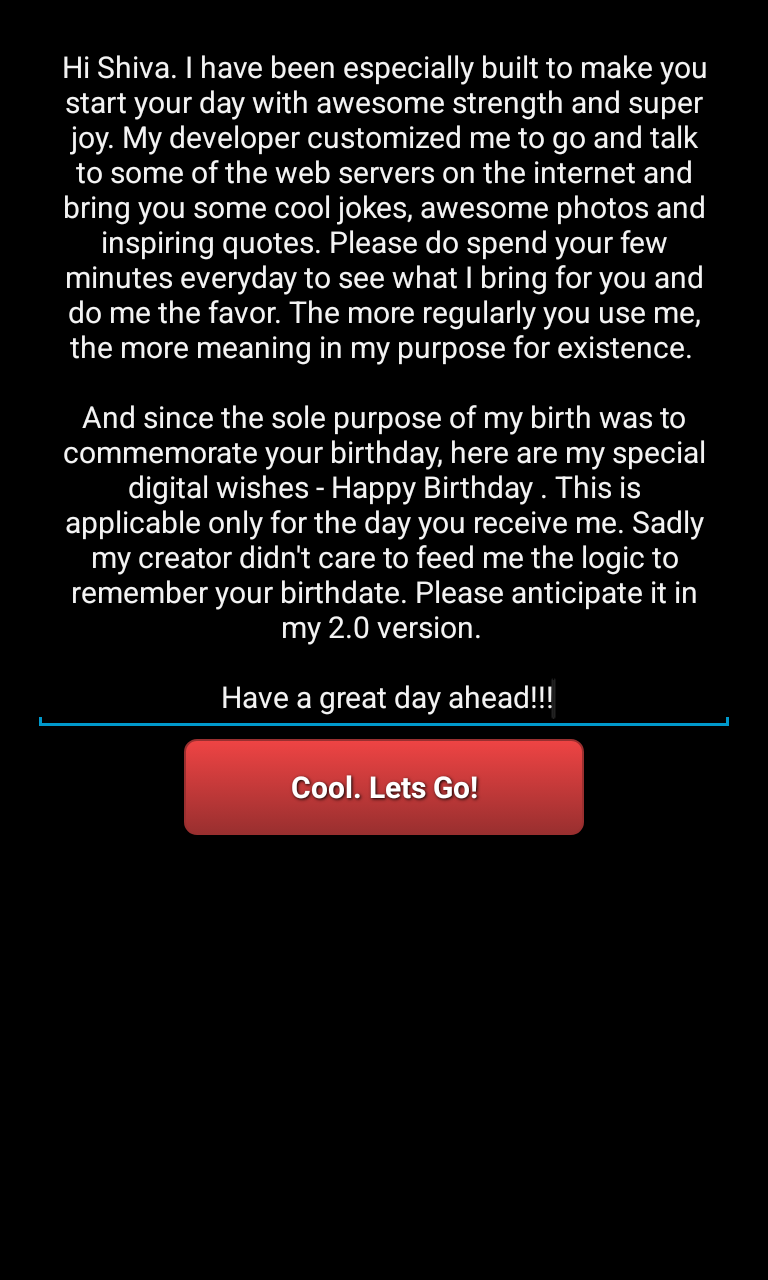
Repository: gitvas/FewMinutesEveryday
Layout: WorkspaceOne/FewMinutesEveryday/res/layout/activity_start.xml
An editor plug-in stored every save of this project. The layout is shown before and after the next save, followed by the edit.
It is drawn on a 768 x 1280 px phone screen (xhdpi) without system bars, with theme android:Theme.Holo; the app's code is not run.

Above is the layout before, as saved 2014-08-24 06:07:06.

### WorkspaceOne/FewMinutesEveryday/res/layout/activity_start.xml
<?xml version="1.0" encoding="utf-8"?>
<RelativeLayout xmlns:android="http://schemas.android.com/apk/res/android"
    xmlns:tools="http://schemas.android.com/tools"
    android:layout_width="match_parent"
    android:layout_height="match_parent"
    android:paddingBottom="@dimen/activity_vertical_margin"
    android:paddingLeft="@dimen/activity_horizontal_margin"
    android:paddingRight="@dimen/activity_horizontal_margin"
    android:paddingTop="@dimen/activity_vertical_margin"
    tools:context="com.sreenivas.fewminuteseveryday.MainActivity" >

    <EditText
        android:id="@+id/editText1"
        android:layout_width="fill_parent"
        android:layout_height="wrap_content"
        android:layout_centerHorizontal="true"
        android:ems="10"
        android:gravity="center"
        android:inputType="none"
        android:focusable="false"
        android:text="@string/intro_text"
        android:textSize="15dp">
        <requestFocus />
    </EditText>

    <Button
        android:id="@+id/btnContinue"
        android:layout_width="200dp"
        android:layout_height="wrap_content"
        android:layout_below="@+id/editText1"
        android:layout_centerHorizontal="true"
        android:text="Cool. Lets Go!"
        android:background="@drawable/red_button"
        style ="@style/button_text" />
</RelativeLayout>

### WorkspaceOne/FewMinutesEveryday/res/values/strings.xml
<?xml version="1.0" encoding="utf-8"?>
<resources>

    <string name="app_name">FewMinutesEveryday</string>
    <string name="action_settings">Settings</string>
    <string name="intro_text">Hi Shiva. I have been especially built to make you start your day with awesome strength and super joy. My developer customized me to go and talk to some of the web servers on the internet and bring you some cool jokes, awesome photos and inspiring quotes. Please do spend your few minutes everyday to see what I bring for you and do me the favor. The more regularly you use me, the more meaning in my purpose for existence. \n\nAnd since the sole purpose of my birth was to commemorate your birthday, here are my special digital wishes - Happy Birthday . This is applicable only for the day you receive me. Sadly my creator didn\'t care to feed me the logic to remember your birthdate. Please anticipate it in my 2.0 version. \n\n Have a great day ahead!!!</string>
    <string name="title_activity_main">MainActivity</string>
    <string name="title_section1">Calvin and Hobbes</string>
    <string name="title_section2">Dilbert</string>
    <string name="title_section3">Section 3</string>

</resources>

### WorkspaceOne/FewMinutesEveryday/res/drawable-hdpi/red_button.xml
<?xml version="1.0" encoding="utf-8" ?>
<selector xmlns:android="http://schemas.android.com/apk/res/android">
  <item android:state_pressed="true" >
    <shape>
      <solid
          android:color="#ef4444" />
      <stroke
          android:width="1dp"
          android:color="#992f2f" />
      <corners
          android:radius="6dp" />
      <padding
          android:left="10dp"
          android:top="10dp"
          android:right="10dp"
          android:bottom="10dp" />
    </shape>
  </item>
  <item>
    <shape>
      <gradient
          android:startColor="#ef4444"
          android:endColor="#992f2f"
          android:angle="270" />
      <stroke
          android:width="1dp"
          android:color="#992f2f" />
      <corners
          android:radius="6dp" />
      <padding
          android:left="10dp"
          android:top="10dp"
          android:right="10dp"
          android:bottom="10dp" />
    </shape>
  </item>
</selector>

Loaded but not shown: WorkspaceOne/FewMinutesEveryday/res/values/dimens.xml (common file); WorkspaceOne/FewMinutesEveryday/res/values-w820dp/dimens.xml (common file); WorkspaceOne/FewMinutesEveryday/res/values/styles.xml (common file)

After the next save:
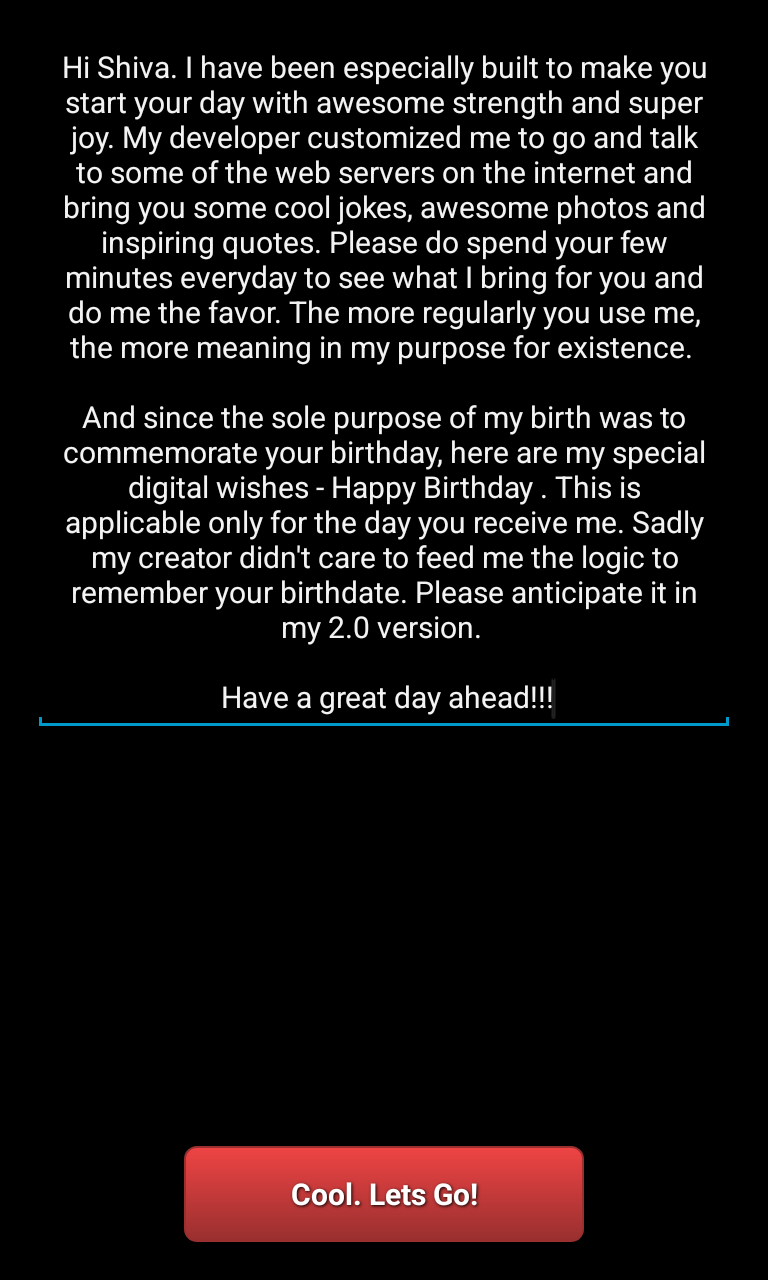
Saved 5 min 8 s later.
--- a/WorkspaceOne/FewMinutesEveryday/res/layout/activity_start.xml
+++ b/WorkspaceOne/FewMinutesEveryday/res/layout/activity_start.xml
@@ -27,7 +27,7 @@
         android:id="@+id/btnContinue"
         android:layout_width="200dp"
         android:layout_height="wrap_content"
-        android:layout_below="@+id/editText1"
+        android:layout_alignParentBottom="TRUE"
         android:layout_centerHorizontal="true"
         android:text="Cool. Lets Go!"
         android:background="@drawable/red_button"
